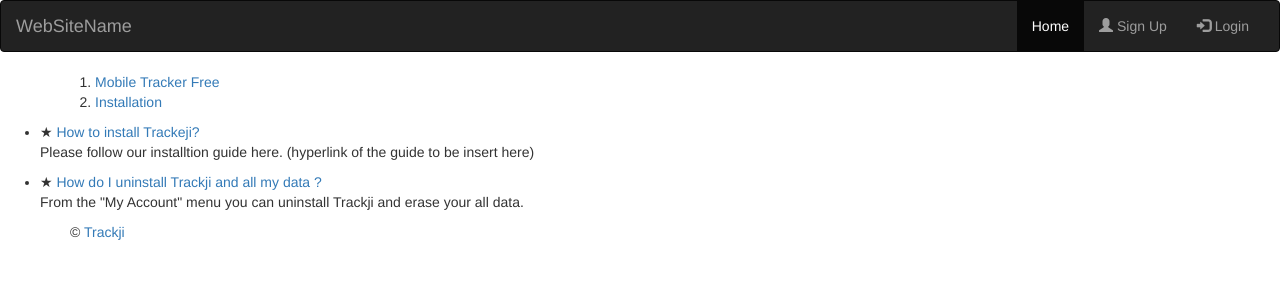
Repository: prathmeshgodbole/Web_Development
Page: Mobile_tracker/Installation.html
The author's editor kept a copy of each file at every save. The page is drawn from the files as they stood at one save, then again after the next save.
The browser window is 1280 px wide. The pictures show the whole page.

Above is the page before, as saved 2020-03-08 17:44:58.

### Mobile_tracker/Installation.html
<!DOCTYPE html>
<html lang="en">

<head>
    <title>Bootstrap Example</title>
    <meta charset="utf-8">
    <meta name="viewport" content="width=device-width, initial-scale=1">
    <link rel="stylesheet" href="https://maxcdn.bootstrapcdn.com/bootstrap/3.4.1/css/bootstrap.min.css">
    <script src="https://ajax.googleapis.com/ajax/libs/jquery/3.4.1/jquery.min.js"></script>
    <script src="https://maxcdn.bootstrapcdn.com/bootstrap/3.4.1/js/bootstrap.min.js"></script>
</head>

<body>

    <nav class="navbar navbar-inverse">
        <div class="container-fluid">
            <div class="navbar-header">
                <button type="button" class="navbar-toggle" data-toggle="collapse" data-target="#myNavbar">
        <span class="icon-bar"></span>
        <span class="icon-bar"></span>
        <span class="icon-bar"></span>
      </button>
                <a class="navbar-brand" href="#">WebSiteName</a>
            </div>
            <div class="collapse navbar-collapse" id="myNavbar">

                <ul class="nav navbar-nav navbar-right">
                    <li class="active"><a href="#">Home</a></li>
                    <li><a href="#"><span class="glyphicon glyphicon-user"></span> Sign Up</a></li>
                    <li><a href="#"><span class="glyphicon glyphicon-log-in"></span> Login</a></li>
                </ul>
            </div>
        </div>
    </nav>



    <div class="container">

        <main role="main">
            <div class="section">
                <div class="row clearfix">
                    <div class="column column--sm-8">
                        <ol class="breadcrumbs">

                            <li title="Mobile Tracker Free">
                                <a href="/hc/en-us">Mobile Tracker Free</a>
                            </li>

                            <li title="Installation">
                                <a href="/hc/en-us/sections/360001124694-Installation">Installation</a>
                            </li>
                        </ol>
                    </div>
                </div>
            </div>
        </main>

    </div>



    <ul class="article-list">

        <li class="article-promoted">
            <span data-title="Promoted article">★</span>
            <a href="">How to install Trackeji?</a>
            <p>Please follow our installtion guide here. (hyperlink of the guide to be insert here)</p>
        </li>

        <li class="article-promoted">
            <span data-title="Promoted article">★</span>
            <a href="">How do I uninstall Trackji and all my data ?</a>
            <p>From the "My Account" menu you can uninstall Trackji and erase your all data.</p>
        </li>

    </ul>


    <!--/.container-->
    <footer class="footer container">
        <div class="container-inner">
            <p class="copyright">&copy; <a href=>Trackji</a></p>
        </div>
    </footer>



</body>

</html>

After the next save:
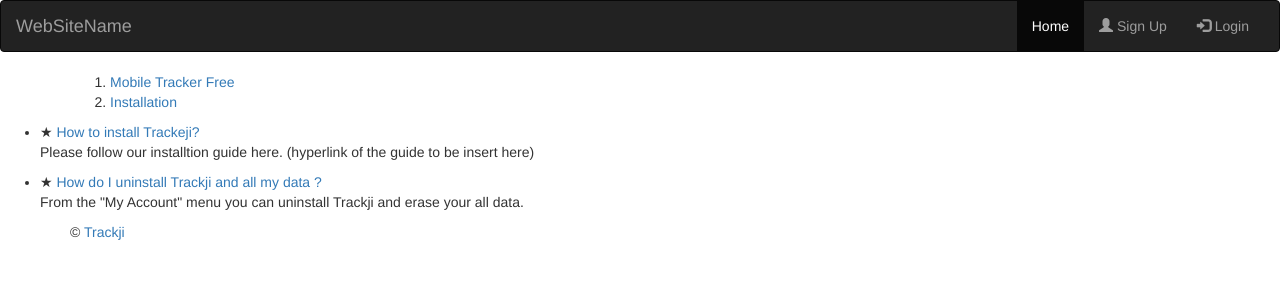
Saved 68 s later.
--- a/Mobile_tracker/Installation.html
+++ b/Mobile_tracker/Installation.html
@@ -39,21 +39,19 @@
 
         <main role="main">
             <div class="section">
-                <div class="row clearfix">
-                    <div class="column column--sm-8">
-                        <ol class="breadcrumbs">
 
-                            <li title="Mobile Tracker Free">
-                                <a href="/hc/en-us">Mobile Tracker Free</a>
-                            </li>
+                <ol class="breadcrumbs">
 
-                            <li title="Installation">
-                                <a href="/hc/en-us/sections/360001124694-Installation">Installation</a>
-                            </li>
-                        </ol>
-                    </div>
-                </div>
+                    <li title="Mobile Tracker Free">
+                        <a href="/hc/en-us">Mobile Tracker Free</a>
+                    </li>
+
+                    <li title="Installation">
+                        <a href="/hc/en-us/sections/360001124694-Installation">Installation</a>
+                    </li>
+                </ol>
             </div>
+
         </main>
 
     </div>
